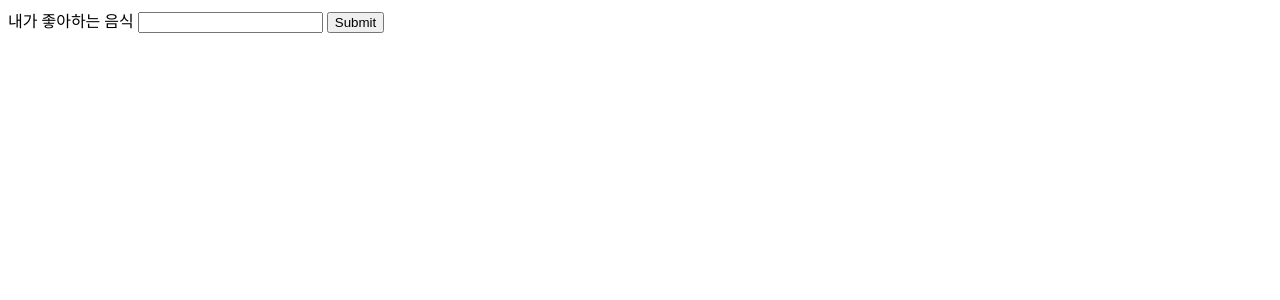
Repository: lee010207/HTML-CSS-JS
Page: http://localhost/EL_JSTL/info.jsp
An editor plug-in stored every save of this project. The page is shown before and after the next save, followed by the edit.
The browser window is 1280 px wide. The pictures show the whole page.
The page is served by Tomcat 9.

Above is the page before, as saved 2023-09-01 02:18:50.

After the next save:
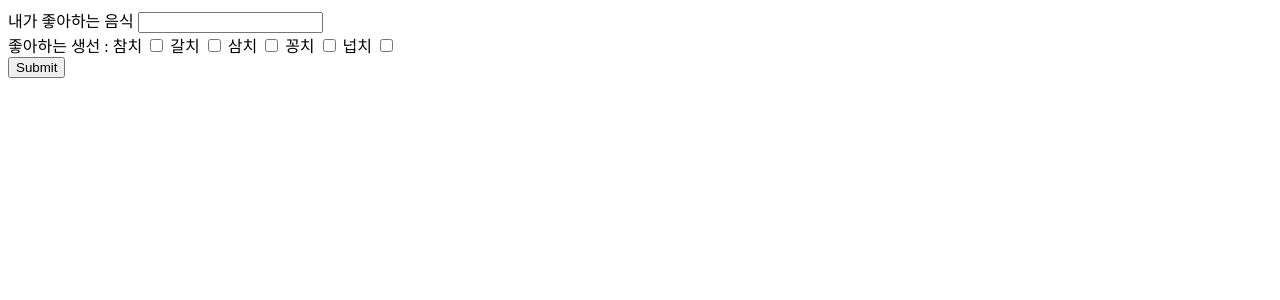
Saved 2 min 53 s later.
--- a/04. Server/EL_JSTL/src/main/webapp/info.jsp
+++ b/04. Server/EL_JSTL/src/main/webapp/info.jsp
@@ -11,8 +11,18 @@
 
 		내가 좋아하는 음식
 		<input type="text" name="food">
+
+		<br>
+
+		좋아하는 생선 :
+		참치 <input type="checkbox" name="fish" value="참치">
+		갈치 <input type="checkbox" name="fish" value="삼치">
+		삼치 <input type="checkbox" name="fish" value="갈치">
+		꽁치 <input type="checkbox" name="fish" value="꽁치">
+		넙치 <input type="checkbox" name="fish" value="넙치">
+		<br>
+
 		<input type="submit">
-
 	</form>
 </body>
 </html>
